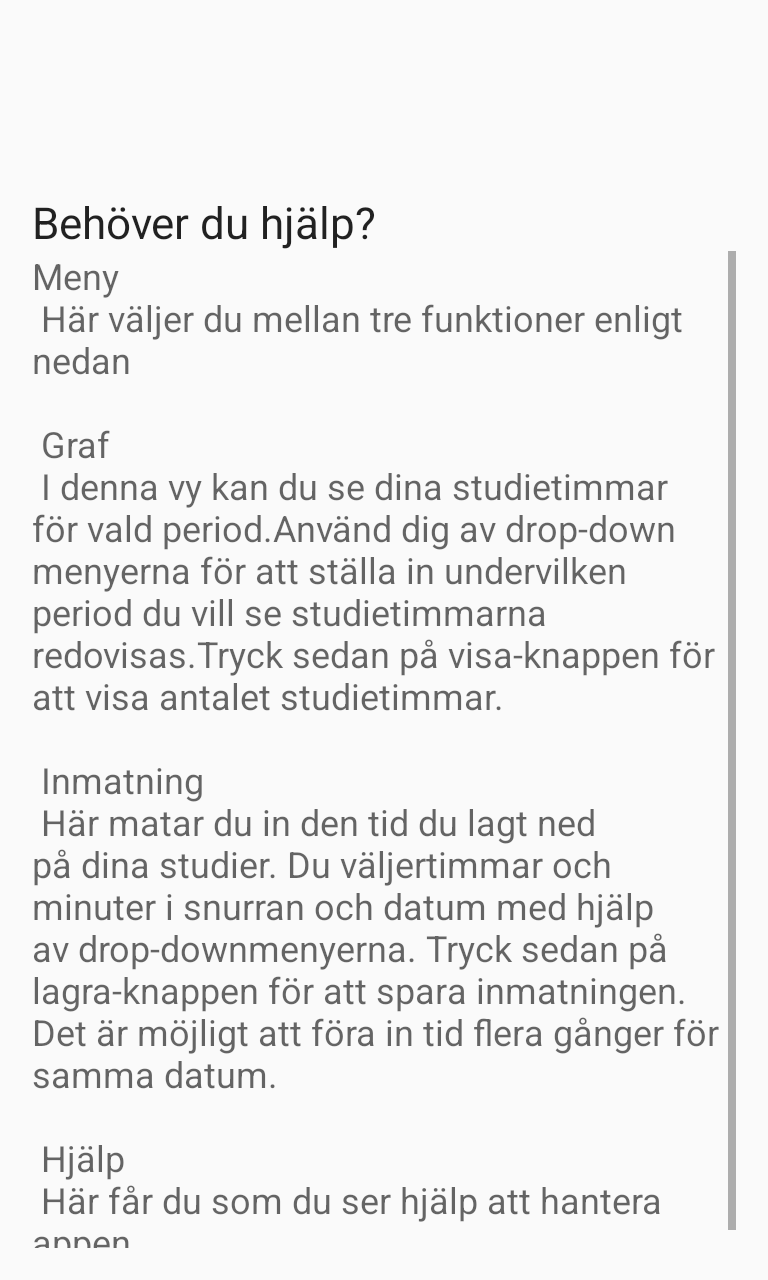
Repository: Dinova/Studiekoll
Layout: Studiekoll/Studiekoll/res/layout/fragment_help.xml
The author's editor kept a copy of each file at every save. The layout is drawn from the files as they stood at one save, then again after the next save.
It is drawn on a 768 x 1280 px phone screen (xhdpi) without system bars, with theme AppTheme; the app's code is not run.

Above is the layout before, as saved 2014-05-16 09:52:50.

### Studiekoll/Studiekoll/res/layout/fragment_help.xml
<LinearLayout xmlns:android="http://schemas.android.com/apk/res/android"
    xmlns:tools="http://schemas.android.com/tools"
    android:layout_width="match_parent"
    android:layout_height="match_parent"
    android:orientation="vertical"
    android:paddingBottom="@dimen/activity_vertical_margin"
    android:paddingLeft="@dimen/activity_horizontal_margin"
    android:paddingRight="@dimen/activity_horizontal_margin"
    android:paddingTop="@dimen/activity_vertical_margin"
    tools:context="com.grupp8DAT255.studiekoll.HelpActivity$PlaceholderFragment" >

    <TextView
        android:id="@+id/textView1"
        android:layout_width="wrap_content"
        android:layout_height="wrap_content"
        android:layout_alignParentTop="true"
        android:layout_centerHorizontal="true"
        android:layout_marginTop="80dp"
        android:text="Behöver du hjälp?"
        android:textAppearance="?android:attr/textAppearanceLarge" />

    <ScrollView
        android:layout_width="fill_parent"
    	android:layout_height="fill_parent" >

    	<TextView
        	android:id="@+id/textView2"
        	android:layout_width="wrap_content"
        	android:layout_height="wrap_content"
        	android:scrollHorizontally="true"
        	android:scrollbarAlwaysDrawVerticalTrack="true"
        	android:text="@string/help_text"
        	android:textAppearance="?android:attr/textAppearanceMedium" />

    </ScrollView>

     <Button
        android:id="@+id/button1"
        style="?android:attr/buttonStyleSmall"
        android:layout_width="wrap_content"
        android:layout_height="wrap_content"
        android:layout_marginBottom="35dp"
        android:text="OK"
        android:onClick="backToMain"/>

</LinearLayout>

### Studiekoll/Studiekoll/res/values/strings.xml
<?xml version="1.0" encoding="utf-8"?>
<resources>

    <string name="app_name">Studiekoll</string>
    <string name="action_settings">Settings</string>
    <string name="edit_message">Insert number of hours</string>
    <string name="button_graphics">Graf</string>
    <string name="button_input">Inmatning</string>
    <string name="button_help">Hjälp</string>
    <string name="title_activity_help">Hjälp</string>
    <string name="help_text">
        "Meny\n"
        "Här väljer du mellan tre funktioner enligt nedan\n\n"

        "Graf\n"
        "I denna vy kan du se dina studietimmar för vald period."
        "Använd dig av drop-down menyerna för att ställa in under"
        "vilken period du vill se studietimmarna redovisas."
        "Tryck sedan på "visa"-knappen för att visa antalet studietimmar.\n\n"

        "Inmatning\n"
        "Här matar du in den tid du lagt ned på dina studier. Du väljer"
        "timmar och minuter i snurran och datum med hjälp av drop-down"
        "menyerna. Tryck sedan på "lagra"-knappen för att spara inmatningen."
        "Det är möjligt att föra in tid flera gånger för samma datum.\n\n"

        "Hjälp\n"
        "Här får du som du ser hjälp att hantera appen."</string>

</resources>

Loaded but not shown: Studiekoll/Studiekoll/res/values/styles.xml (common file); Studiekoll/Studiekoll/res/values-v11/styles.xml (common file); Studiekoll/Studiekoll/res/values-v14/styles.xml (common file); Studiekoll/Studiekoll/res/values/dimens.xml (common file); Studiekoll/Studiekoll/res/values-w820dp/dimens.xml (common file)

After the next save:
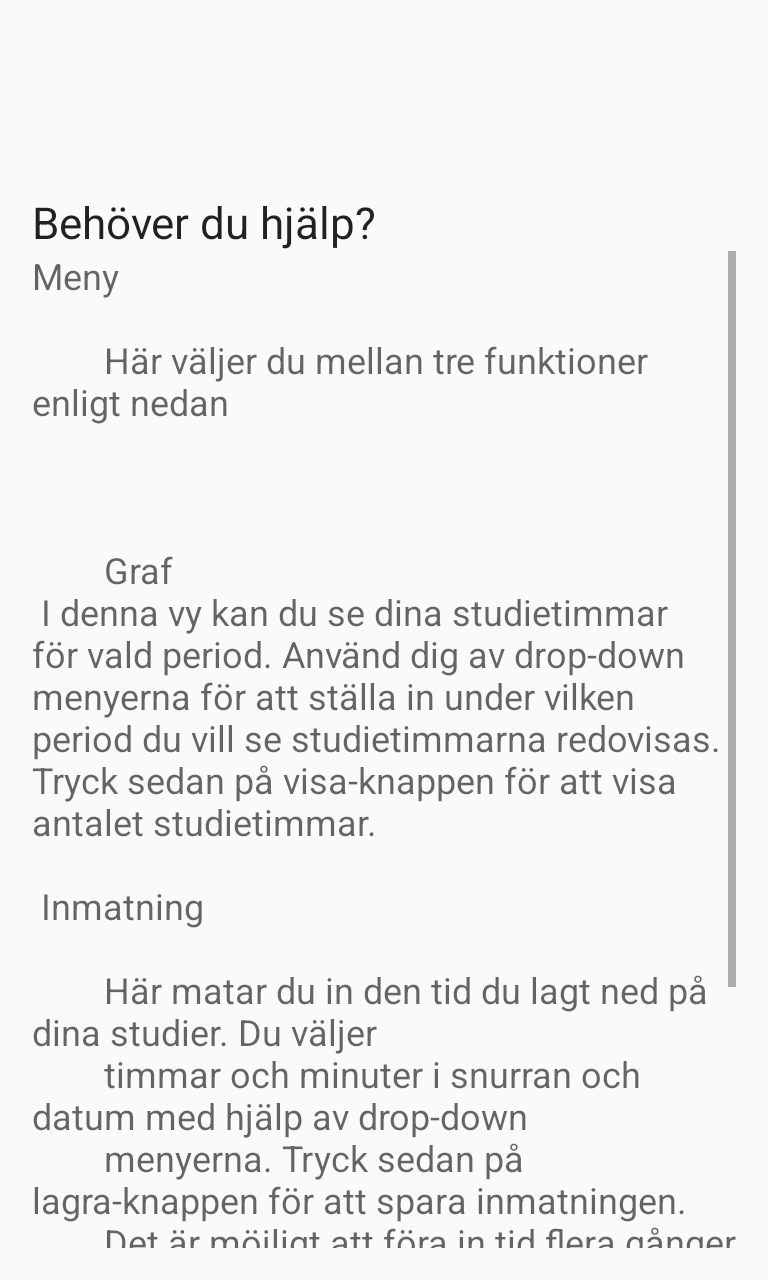
Saved 4 min 11 s later.
--- a/Studiekoll/Studiekoll/res/values/strings.xml
+++ b/Studiekoll/Studiekoll/res/values/strings.xml
@@ -9,22 +9,22 @@
     <string name="button_help">Hjälp</string>
     <string name="title_activity_help">Hjälp</string>
     <string name="help_text">
-        "Meny\n"
-        "Här väljer du mellan tre funktioner enligt nedan\n\n"
+        "Meny\n
+        Här väljer du mellan tre funktioner enligt nedan\n\n
 
-        "Graf\n"
-        "I denna vy kan du se dina studietimmar för vald period."
-        "Använd dig av drop-down menyerna för att ställa in under"
-        "vilken period du vill se studietimmarna redovisas."
-        "Tryck sedan på "visa"-knappen för att visa antalet studietimmar.\n\n"
+        Graf\n"
+        I denna vy kan du se dina studietimmar för vald period.
+        Använd dig av drop-down menyerna för att ställa in under
+        vilken period du vill se studietimmarna redovisas.
+        Tryck sedan på "visa"-knappen för att visa antalet studietimmar.\n\n
 
-        "Inmatning\n"
-        "Här matar du in den tid du lagt ned på dina studier. Du väljer"
-        "timmar och minuter i snurran och datum med hjälp av drop-down"
-        "menyerna. Tryck sedan på "lagra"-knappen för att spara inmatningen."
-        "Det är möjligt att föra in tid flera gånger för samma datum.\n\n"
+        Inmatning\n"
+        Här matar du in den tid du lagt ned på dina studier. Du väljer
+        timmar och minuter i snurran och datum med hjälp av drop-down
+        menyerna. Tryck sedan på "lagra"-knappen för att spara inmatningen.
+        Det är möjligt att föra in tid flera gånger för samma datum.\n\n
 
-        "Hjälp\n"
-        "Här får du som du ser hjälp att hantera appen."</string>
+        Hjälp\n
+        Här får du som du ser hjälp att hantera appen."</string>
 
 </resources>
